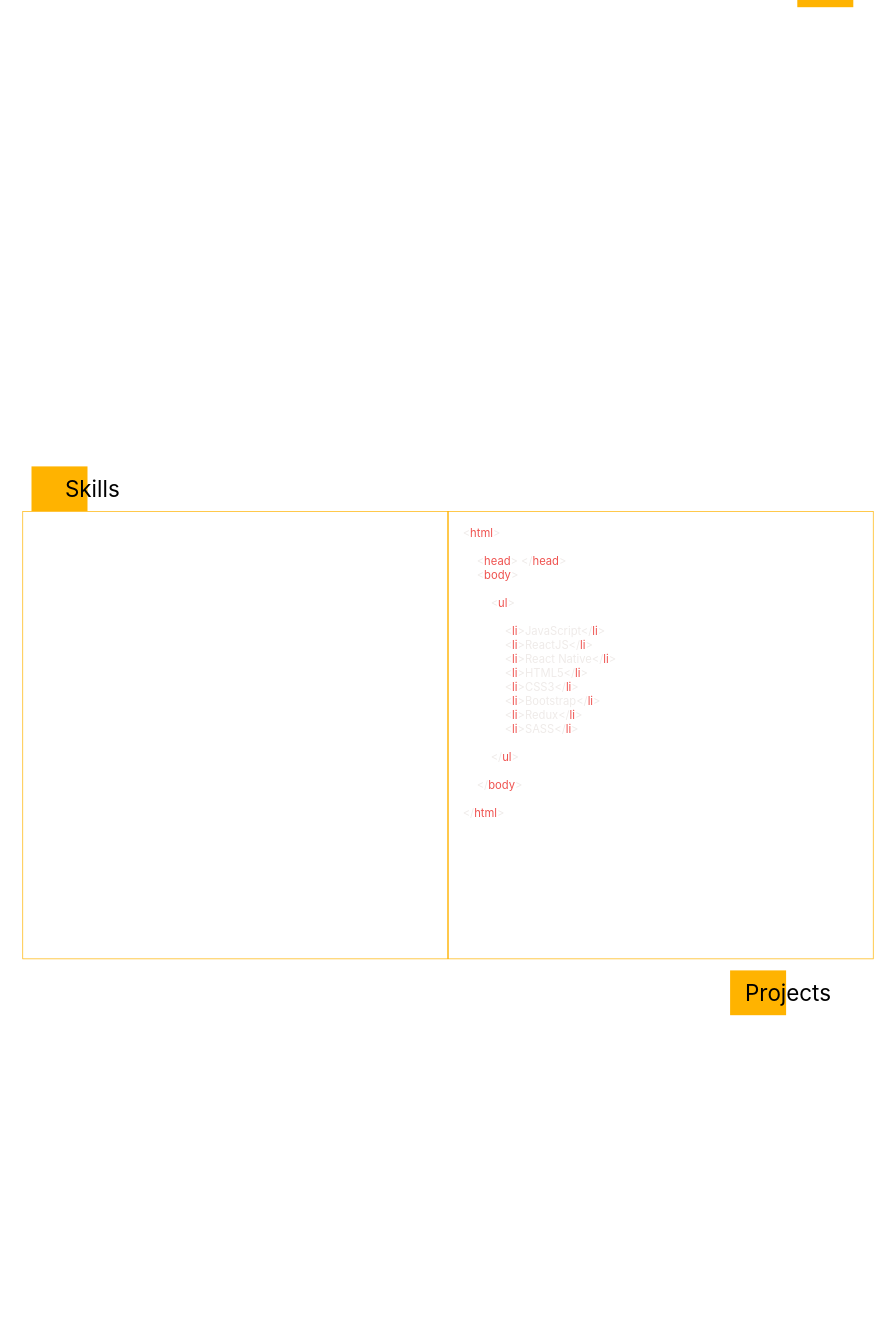
Repository: SebastianArmata22/Portfolio
Page: /
An editor plug-in stored every save of this project. The page is shown before and after a run of saves, followed by the edit.
The browser window is 1280 px wide. The pictures show the part of the page from y = 806 to 2726 px (the page is 3664 px tall), at 70% of full size.
The project was rebuilt for these pictures with package versions that can differ from the ones it lists, and the page was loaded fresh each time.

Above is the page before, as saved 2021-02-24 18:00:56.

After the next 2 saves:
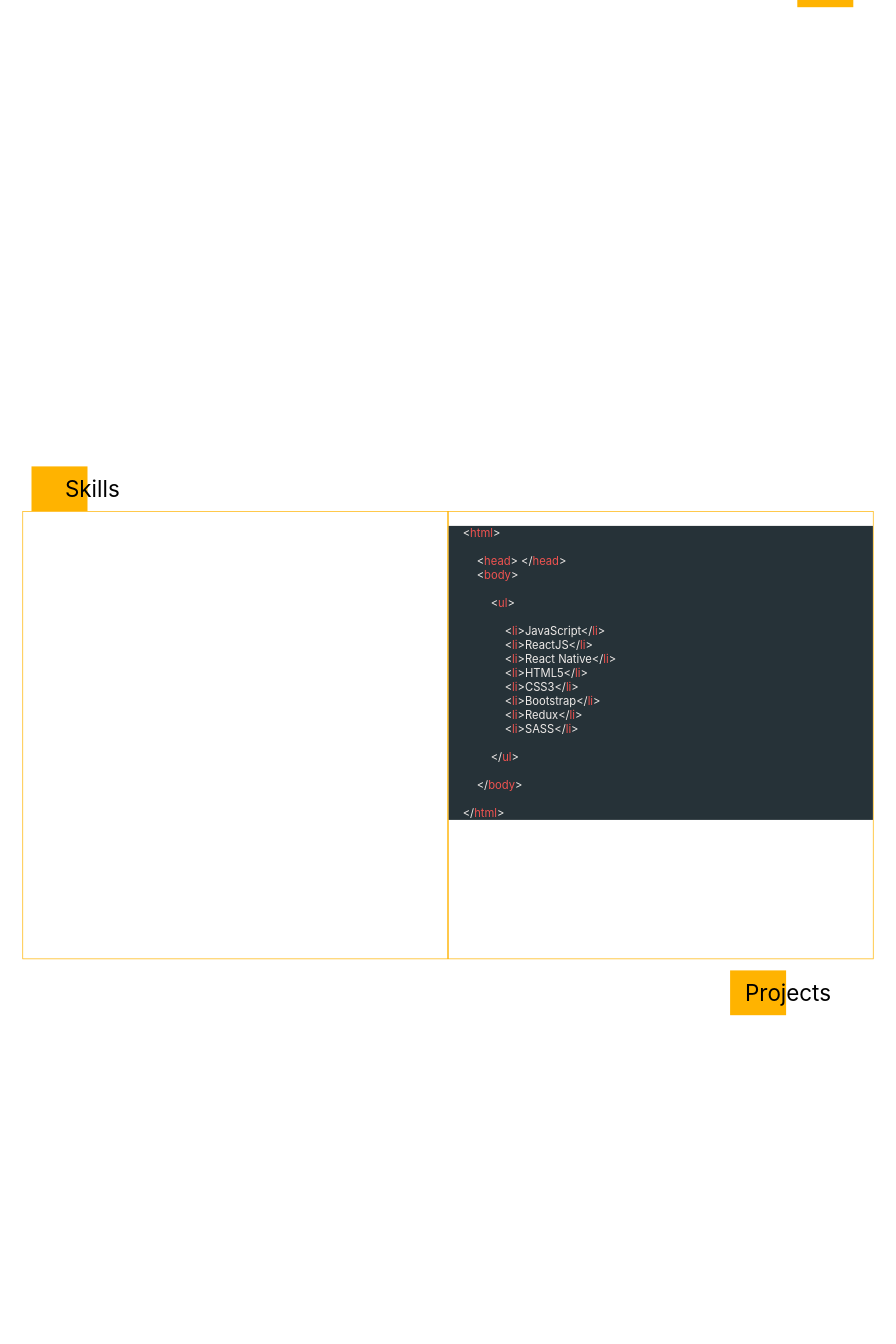
The 2 saves are shown as one change because 1 did not build or start.
The last was saved 39 s later.
--- a/src/components/skills/Skills.js
+++ b/src/components/skills/Skills.js
@@ -11,7 +11,7 @@ const Skills = ()=>{
             <main>
                 <div></div>
                 <div>
-                <div className="console_content">
+                <div className={classes.console_content}>
                             <ul>
                                 <li>&lt;<span className={classes.html_text}>html</span>&gt;</li>
                                 <li>
